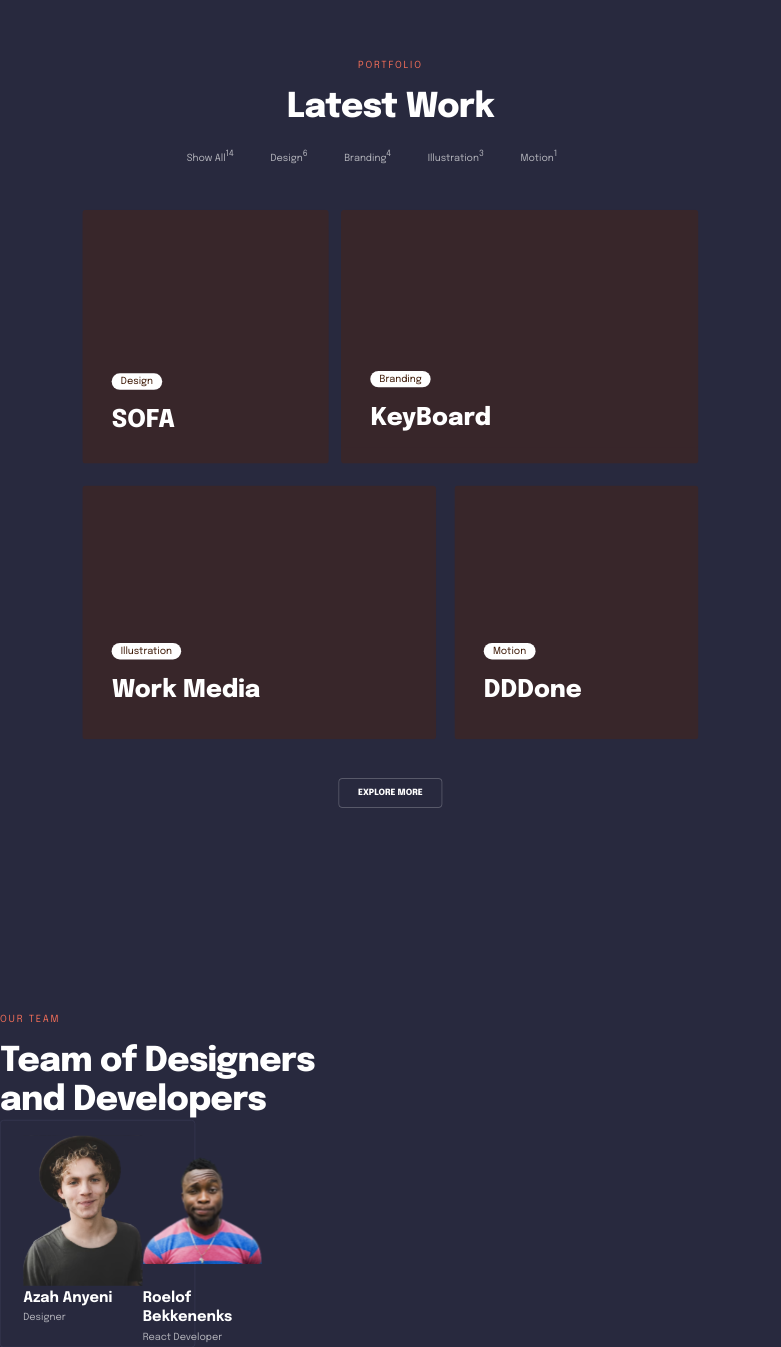
Repository: FidanXankishiyeva/figma-positions-task
Page: index.html
An editor plug-in stored every save of this project. The page is shown before and after the next save, followed by the edit.
The browser window is 1280 px wide. The pictures show the whole page, at 61% of full size.

Above is the page before, as saved 2023-08-10 13:31:06.

### index.html
<!DOCTYPE html>
<html lang="en">

<head>
    <meta charset="UTF-8">
    <meta name="viewport" content="width=device-width, initial-scale=1.0">
    <title>Document</title>
    <link rel="stylesheet" href="index.css">
</head>

<body>
    <div class="container">
        <div class="page-1">
            <div class="text-box">
                <h1>Portfolio</h1>
                <h2>Latest Work</h2>
            </div>
            <nav class="position-box">
                <ul>
                    <li>
                        <h1>Show All</h1>
                        <p>14</p>
                    </li>
                    <li>
                        <h1>Design</h1>
                        <p>6</p>
                    </li>
                    <li>
                        <h1>Branding</h1>
                        <p>4</p>
                    </li>
                    <li>
                        <h1>Illustration</h1>
                        <p>3</p>
                    </li>
                    <li>
                        <h1>Motion</h1>
                        <p>1</p>
                    </li>
                </ul>
            </nav>
            <div class="photo-box">
                <div class="sofa-box">
                    <img src="./photo/sofa.svg" alt="">
                    <div class="design-box">
                        <a href="#">Design</a>
                        <p>SOFA</p>

                    </div>
                </div>
                <div class="keyboard-box">
                    <img src="./photo/keyboard.svg" alt="">
                    <div class="branding-box">
                        <a href="#">Branding</a>
                        <p>KeyBoard</p>
                    </div>
                </div>
            </div>

            <div class="photo-box-2">
                <div class="work-media">
                    <img src="./photo/Work-Media.svg" alt="">
                    <div class="illustration-box">
                        <a href="#">Illustration</a>
                        <p>Work Media</p>
                    </div>
                </div>
                <div class="done-box">
                    <img src="./photo/done.svg" alt="">
                    <div class="motion-box">
                        <a href="#">Motion</a>
                        <p>DDDone</p>
                    </div>
                </div>
            </div>
            <button>
                Explore more
            </button>
        </div>
        <div class="page-2">
            <div class="text-box-2">
                <h3 >Our Team</h3>
                <h4>Team of Designers
                    and Developers</h4>
            </div>
            <div class="team-person">
                <ul>
                    <li>
                        <img src="./photo/azah.svg" alt="">
                        <h5>Azah Anyeni</h5>
                        <h6>Designer</h6>
                    </li>
                    <li>
                        <img src="./photo/roelof.svg" alt="">
                        <h5>Roelof Bekkenenks</h5>
                        <h6>React Developer</h6>
                    </li>
                </ul>
            </div>
        </div>
    </div>

</body>

</html>

### index.css
@import url('https://fonts.googleapis.com/css2?family=Epilogue:wght@400;700;800&display=swap');
* {
    margin: 0;
    padding: 0;
    box-sizing: border-box;
}

.container {
    width: 100%;
    background-color: #28293E;
}

.page-1{
    padding: 92px 135px 192px 135px;
}
.text-box h1 {
    margin-bottom: 20px;
    color: var(--text-light-accent, #EF6D58);
    text-align: center;
    font-feature-settings: 'clig' off, 'liga' off;
    font-family: Epilogue;
    font-size: 16px;
    font-style: normal;
    font-weight: 400;
    line-height: 32px;
    letter-spacing: 3px;
    text-transform: uppercase;
}

.text-box h2 {
    margin-bottom: 36px;
    color: var(--text-light, #FFF);
    text-align: center;
    font-feature-settings: 'clig' off, 'liga' off;
    font-family: Epilogue;
    font-size: 56px;
    font-style: normal;
    font-weight: 800;
    line-height: 64px;
    letter-spacing: -1px;
}



.position-box ul {
    display: flex;
    justify-content: center;
}

.position-box ul li {
    list-style-type: none;
    margin-right: 60px;
    display: flex;
}

.position-box ul li h1 {
    color: var(--text-light-gray, rgba(255, 255, 255, 0.64));
    font-feature-settings: 'clig' off, 'liga' off;
    font-family: Epilogue;
    font-size: 16px;
    font-style: normal;
    font-weight: 400;
    line-height: 32px;
}

.position-box ul li p {
    color: var(--text-light-gray, rgba(255, 255, 255, 0.64));
    text-align: center;
    font-feature-settings: 'clig' off, 'liga' off;
    font-family: Epilogue;
    font-size: 14px;
    font-style: normal;
    font-weight: 400;
}

.photo-box {
    display: flex;
    justify-content: space-between;
    margin-top: 68px;
}

.sofa-box {
    width: 40%;
    position: relative;

}

.design-box {
    position: absolute;
    bottom: 51px;
    left: 48px;
    /* top: 50%;
    left: 50%;
    transform: translate(-50%, -50%); */
}

.sofa-box img {
    width: 100%;
    height: 416px;
    margin-right: 30px;
    border-radius: 6px;
    opacity: 0.3181;
    background: #5C2000;
}

.photo-box a {
    width: 84px;
    height: 38px;
    padding: 5px 15px;
    text-decoration: none;
    border-radius: 19px;
    background: #FFF;
    color: var(--text-dark, #391400);
    font-feature-settings: 'clig' off, 'liga' off;
    font-family: Epilogue;
    font-size: 16px;
    font-style: normal;
    font-weight: 400;
    line-height: 32px;
}

.photo-box p {
    margin-top: 23px;
    color: var(--text-light, #FFF);
    font-feature-settings: 'clig' off, 'liga' off;
    font-family: Epilogue;
    font-size: 40px;
    font-style: normal;
    font-weight: 800;
    line-height: 48px;
}

.keyboard-box {
    position: relative;
    width: 58%;
    height: 416px;

}

.keyboard-box img {
    width: 100%;
    height: 100%;
    border-radius: 6px;
    opacity: 0.3181;
    background: #5C2000;
}

.branding-box {
    position: absolute;
    bottom: 51px;
    left: 48px;
}

.photo-box-2 {
    display: flex;
    justify-content: space-between;
    margin-top: 32px;
}

.work-media {
    position: relative;
    margin-right: 30px;
    width: 58%;
    height: 416px;
}

.work-media img {
    width: 100%;
    height: 100%;
    border-radius: 6px;
    opacity: 0.3181;
    background: #5C2000;
}

.photo-box-2 a {
    padding: 5px 15px;
    border-radius: 19px;
    text-decoration: none;
    background: #FFF;
    color: var(--text-dark, #391400);
    font-feature-settings: 'clig' off, 'liga' off;
    font-family: Epilogue;
    font-size: 16px;
    font-style: normal;
    font-weight: 400;
    line-height: 32px;
}

.photo-box-2 p {
    margin-top: 23px;
    color: var(--text-light, #FFF);
    font-feature-settings: 'clig' off, 'liga' off;
    font-family: Epilogue;
    font-size: 40px;
    font-style: normal;
    font-weight: 800;
    line-height: 48px;
}

.illustration-box {
    position: absolute;
    top: 256px;
    left: 48px;
}

.done-box {
    position: relative;
    width: 40%;
    height: 416px;
}

.done-box img {
    width: 100%;
    height: 100%;

    border-radius: 6px;
    opacity: 0.3181;
    background: #5C2000;
}

.motion-box {
    position: absolute;
    top: 256px;
    left: 48px;
}

.box {
    position: absolute;
    top: 64px;
    left: 500px;
}



button {
    width: 170px;
    height: 48px;
    /* padding: 18px 31px; */
    margin: auto;
    margin-top: 64px;
    display: block;
    border-radius: 6px;
    border: 1px solid rgba(255, 255, 255, 0.30);
    background-color: #28293e;
    text-decoration: none;
    color: #FFF;
    text-align: center;
    font-family: Epilogue;
    font-size: 14px;
    font-style: normal;
    font-weight: 900;
    line-height: normal;
    text-transform: uppercase;

}
/* page-2 design */
.page-2{
    padding: ;
}
.text-box-2 h3{
    margin-top: 140px;
    color: var(--text-light-accent, #EF6D58);
    font-feature-settings: 'clig' off, 'liga' off;
    font-family: Epilogue;
    font-size: 16px;
    font-style: normal;
    font-weight: 400;
    line-height: 32px;
    letter-spacing: 3px;
    text-transform: uppercase;
}
.text-box-2 h4{
    width: 531px;
    margin-top: 20px;
    color: var(--text-light, #FFF);
font-feature-settings: 'clig' off, 'liga' off;
font-family: Epilogue;
font-size: 56px;
font-style: normal;
font-weight: 800;
line-height: 64px;
letter-spacing: -1px;
}
.team-person ul{
    width: 25%;
padding: 24px 37px 0px 37px;
display: flex;
border-radius: 6px;
border: 1px solid #3A3C56;
}
.team-person ul li{
    list-style-type: none;
}
.team-person img{
    width: 196px;
height: 247px;
}
.team-person h5{
    color: var(--text-light, #FFF);
    font-feature-settings: 'clig' off, 'liga' off;
    font-family: Epilogue;
    font-size: 24px;
    font-style: normal;
    font-weight: 700;
    line-height: 32px;
}
.team-person h6{
    color: var(--text-light-gray, rgba(255, 255, 255, 0.64));
font-feature-settings: 'clig' off, 'liga' off;
font-family: Epilogue;
font-size: 16px;
font-style: normal;
font-weight: 400;
line-height: 32px;
}

After the next save:
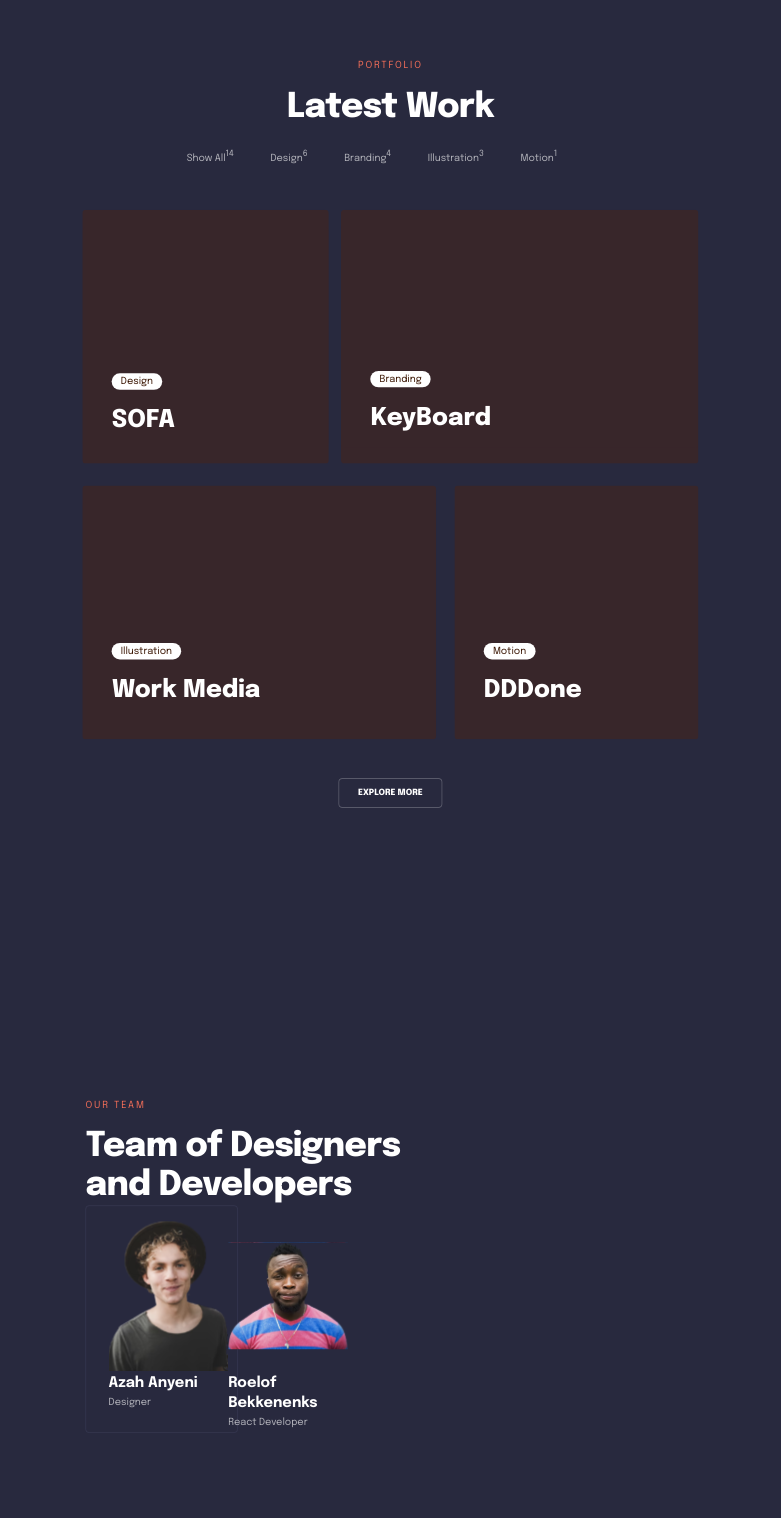
Saved 5 s later.
--- a/index.css
+++ b/index.css
@@ -255,7 +255,7 @@ button {
 }
 /* page-2 design */
 .page-2{
-    padding: ;
+    padding: 140px ;
 }
 .text-box-2 h3{
     margin-top: 140px;
